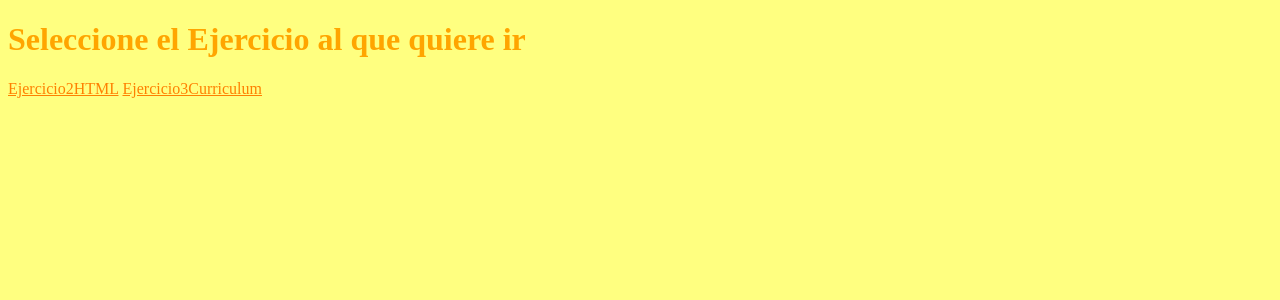
Repository: salvadorsobrino/Ejercicio4JavaTomCat
Page: http://localhost/Ejercicio4/
The author's editor kept a copy of each file at every save. The page is drawn from the files as they stood at one save, then again after the next save.
The browser window is 1280 px wide. The pictures show the whole page.
The page is served by Tomcat 9.

Above is the page before, as saved 2022-03-10 17:47:54.

After the next save:
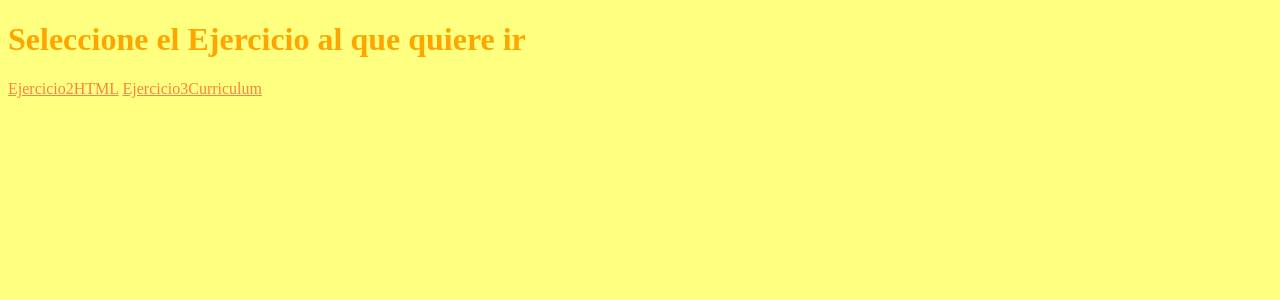
Saved 14 s later.
--- a/Ejercicio4/src/main/webapp/index.css
+++ b/Ejercicio4/src/main/webapp/index.css
@@ -8,7 +8,7 @@ body{
 }
 a:link {
     /* Enlaces no visitados */
-    color: rgb(255, 128, 0);
+    color: rgb(255, 128, 64);
 }
 
 a:visited {
